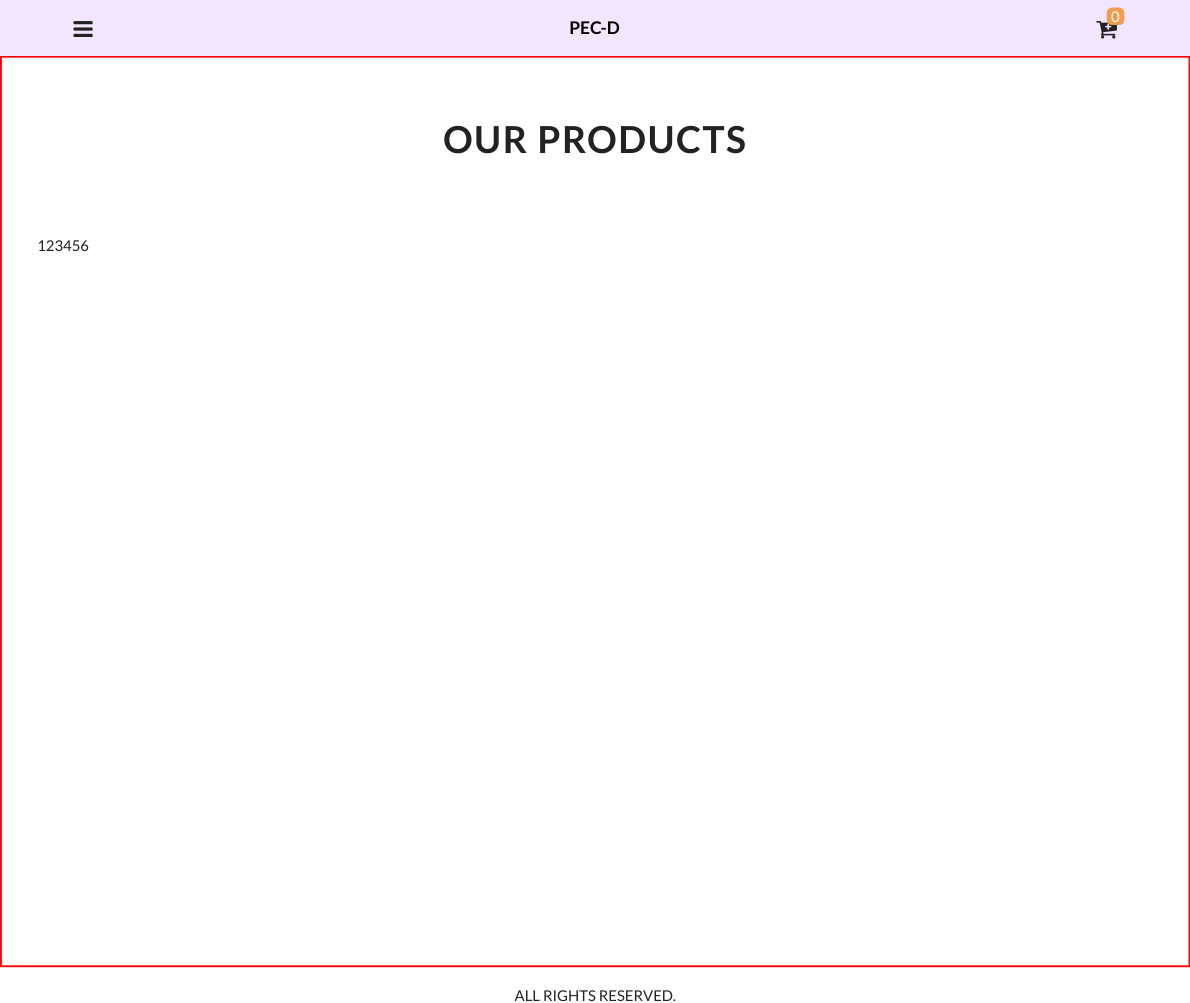
Repository: CHIR4G7/PEC-D
Page: http://localhost/
The author's editor kept a copy of each file at every save. The page is drawn from the files as they stood at one save, then again after the next save.
The browser window is 1280 px wide. The pictures show the whole page, at 93% of full size.
The page is served by the project's Node server (app.js).

Above is the page before, as saved 2023-07-08 01:16:26.

After the next save:
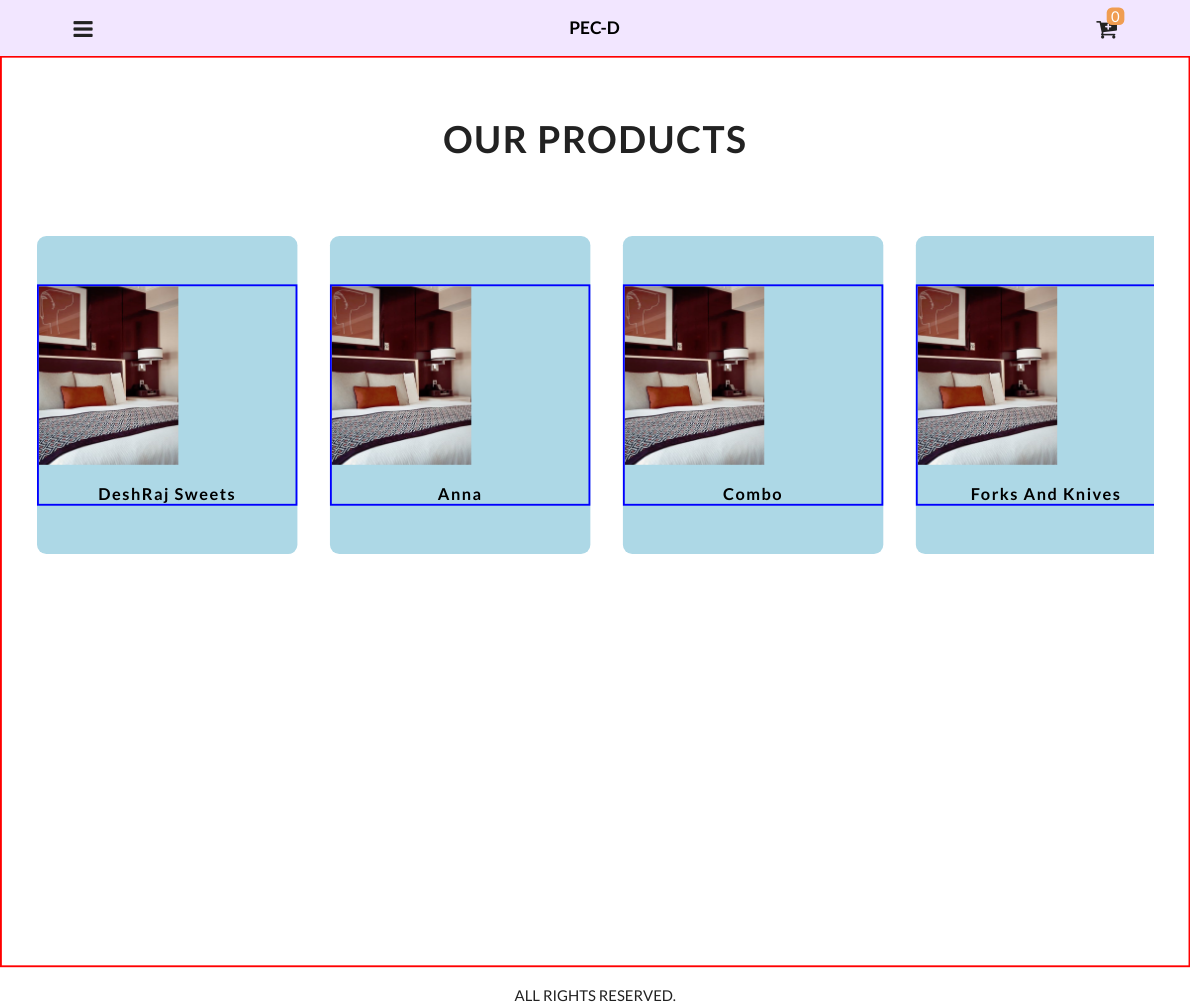
Saved 11 s later.
--- a/public/src/script.js
+++ b/public/src/script.js
@@ -31,20 +31,20 @@ class display
        shops.forEach((shop)=>
        {
         console.log(shop.id);
-        result+=`${shop.id}`
-    //     result+=` <li class="card">
-    //     <article class="product">
-    //         <div class="img-container">
-    //             <img src="/images/product-1.jpeg" alt="product" class="product-img">
-    //             <button class="bag-btn" data-id="1">
-    //                 <i class="fa fa-shopping-cart"></i>
-    //                 add to bag.
-    //             </button>
-    //         </div>
-    //         <h3>${shop.name}</h3>
+        // result+=`${shop.id}`
+        result+=` <li class="card">
+        <article class="product">
+            <div class="img-container">
+                <img src="/images/product-1.jpeg" alt="product" class="product-img">
+                <button class="bag-btn" data-id="1">
+                    <i class="fa fa-shopping-cart"></i>
+                    add to bag.
+                </button>
+            </div>
+            <h3>${shop.name}</h3>
 
-    //     </article>
-    // </li>`;
+        </article>
+    </li>`;
 
        })
     //    console.log("c");
